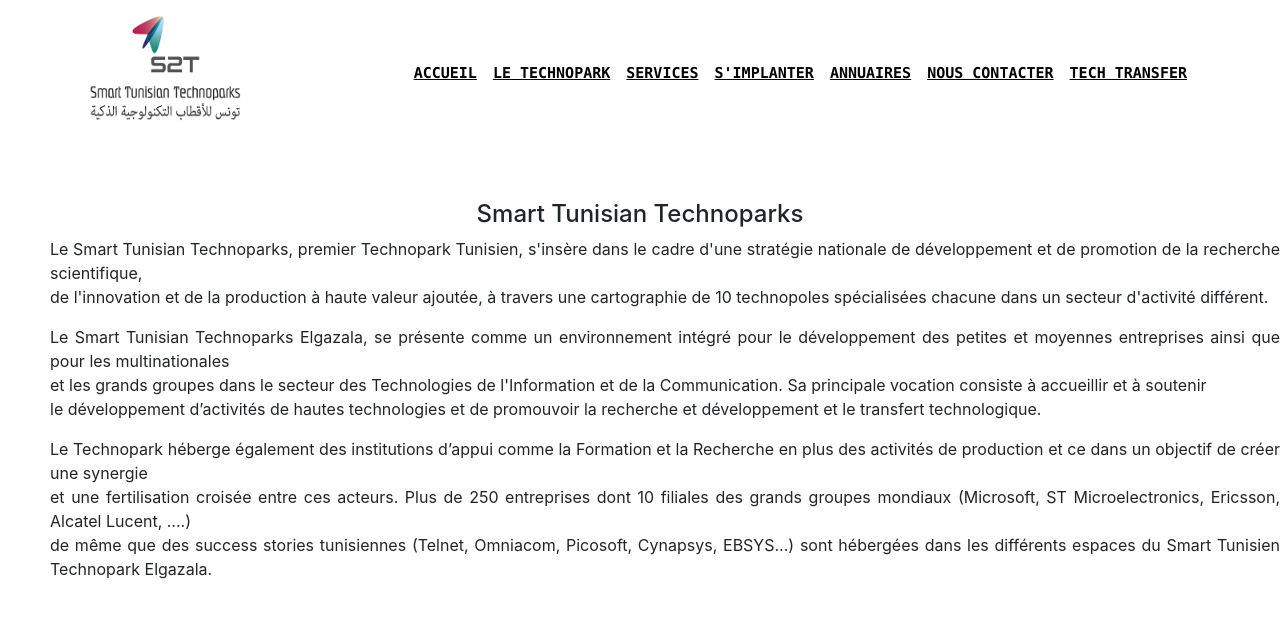
Repository: Zakraouihadil1/stage-perfectionnement-
Page: presentation.html
The author's editor kept a copy of each file at every save. The page is drawn from the files as they stood at one save, then again after the next save.
The browser window is 1280 px wide. The pictures show the whole page.

Above is the page before, as saved 2021-08-17 19:41:04.

### presentation.html
<html>
    <head>
        <title></title>
        <meta charset="utf-8">
        <link rel="stylesheet" href="https://maxcdn.bootstrapcdn.com/bootstrap/4.5.2/css/bootstrap.min.css">
    <script src="https://ajax.googleapis.com/ajax/libs/jquery/3.5.1/jquery.min.js"></script>
    <script src="https://cdnjs.cloudflare.com/ajax/libs/popper.js/1.16.0/umd/popper.min.js"></script>
    <script src="https://maxcdn.bootstrapcdn.com/bootstrap/4.5.2/js/bootstrap.min.js"></script>
    </head>
    <style>



  #mainNav{
    background-color: white;
  }
  li a {
    color: black ;
    font-family: "Lucida Console", "Courier New";
    font-size: 15px ;
    text-align: left ;
    float: right;
    margin-top: 10px;
    text-decoration: underline;
    font-weight: bolder;

      }

li a:hover {
    color: blue;

  }




  .dropdown-content {
  display: none;
  position: absolute;
  background-color: #f9f9f9;
  min-width: 160px;
  box-shadow: 0px 8px 16px 0px rgba(0,0,0,0.2);
  z-index: 1;
}

.dropdown-content a {
  float: none;
  color: black;
  padding: 12px 16px;
  text-decoration: none;
  display: block;
  text-align: left;
}

.dropdown-content a:hover {
  background-color: #ddd;
}

.dropdown:hover .dropdown-content {
  display: block;
}
    </style>

    <body id="page-top">
         <!-- Navigation-->
  <nav class="navbar navbar-expand-lg  fixed-top" id="mainNav">
    <div class="container">
        <a class="navbar-brand " href="#page-top">
            <img src="images/Logo-S2T png.png" width="160px" height="110px">
        </a>
        <button class="navbar-toggler navbar-toggler-right" type="button" data-toggle="collapse" data-target="#navbarResponsive" aria-controls="navbarResponsive" aria-expanded="false" aria-label="Toggle navigation">
            Menu
            <i class="fas fa-bars ml-1"></i>
        </button>



        <div class="collapse navbar-collapse" id="navbarResponsive">
            <ul class="navbar-nav text-uppercase ml-auto">
              <li class="nav-item"><a class="nav-link js-scroll-trigger" href="./index.html">Accueil</a></li>
              <div class="dropdown">
                <li class="nav-item"><a class="nav-link js-scroll-trigger" href="#about">Le technopark</a></li>
<br>
<br>
                <div class="dropdown-content">
                  <a href="presentation.html">Présentation</a>
                  <a href="#">Actualités</a>
                  <a href="#">Link 3</a>
                </div>
              </div>
                 <li class="nav-item"><a class="nav-link js-scroll-trigger" href="#services">Services</a></li>
                 <li class="nav-item"><a class="nav-link js-scroll-trigger" href="#team">S'implanter</a></li>
                 <li class="nav-item"><a class="nav-link js-scroll-trigger" href="#team">Annuaires</a></li>
                 <li class="nav-item"><a class="nav-link js-scroll-trigger" href="#contact">Nous Contacter</a></li>
                 <li class="nav-item"><a class="nav-link js-scroll-trigger" href="#contact">Tech Transfer</a></li>

            </ul>
        </div>
    </div>
</nav>

<div style="margin-top: 200px; text-align:  justify;">
    <h4 style="text-align: center;">Smart Tunisian Technoparks</h4>
    <div style="margin-left: 50px ;">
    <p>Le Smart Tunisian Technoparks, premier Technopark Tunisien, s'insère dans le cadre d'une stratégie nationale de développement et de promotion de la recherche scientifique, <br>
     de l'innovation et de la production à haute valeur ajoutée, à travers une cartographie de 10 technopoles spécialisées chacune dans un secteur d'activité différent.</p>

      <p>Le Smart Tunisian Technoparks Elgazala, se présente comme un environnement intégré pour le développement des petites et moyennes entreprises ainsi que pour les multinationales <br>
         et les grands groupes dans le secteur des Technologies de l'Information et de la Communication. Sa principale vocation consiste à accueillir et à soutenir  <br>
         le développement d’activités de hautes technologies et de promouvoir la recherche et développement et le transfert technologique.</p>

      <p> Le Technopark héberge également des institutions d’appui comme la Formation et la Recherche en plus des activités de production et ce dans un objectif de créer une synergie <br>
          et une fertilisation croisée entre ces acteurs. Plus de 250 entreprises dont 10 filiales des grands groupes mondiaux (Microsoft, ST Microelectronics, Ericsson, Alcatel Lucent, ….) <br>
          de même que des success stories tunisiennes (Telnet, Omniacom, Picosoft, Cynapsys, EBSYS…) sont hébergées dans les différents espaces du Smart Tunisien Technopark Elgazala.</p>
</div>
</div>





    </body>
</html>

After the next save:
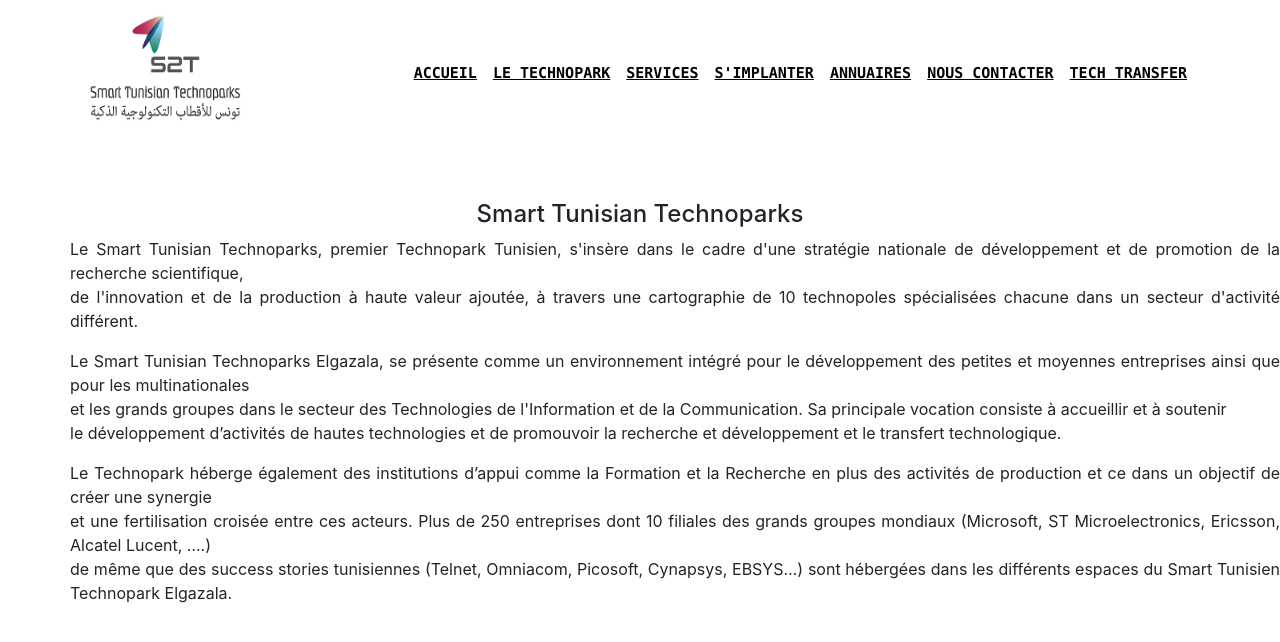
Saved 20 s later.
--- a/presentation.html
+++ b/presentation.html
@@ -101,7 +101,7 @@
 
 <div style="margin-top: 200px; text-align:  justify;">
     <h4 style="text-align: center;">Smart Tunisian Technoparks</h4>
-    <div style="margin-left: 50px ;">
+    <div style="margin-left: 70px ;">
     <p>Le Smart Tunisian Technoparks, premier Technopark Tunisien, s'insère dans le cadre d'une stratégie nationale de développement et de promotion de la recherche scientifique, <br>
      de l'innovation et de la production à haute valeur ajoutée, à travers une cartographie de 10 technopoles spécialisées chacune dans un secteur d'activité différent.</p>
 
